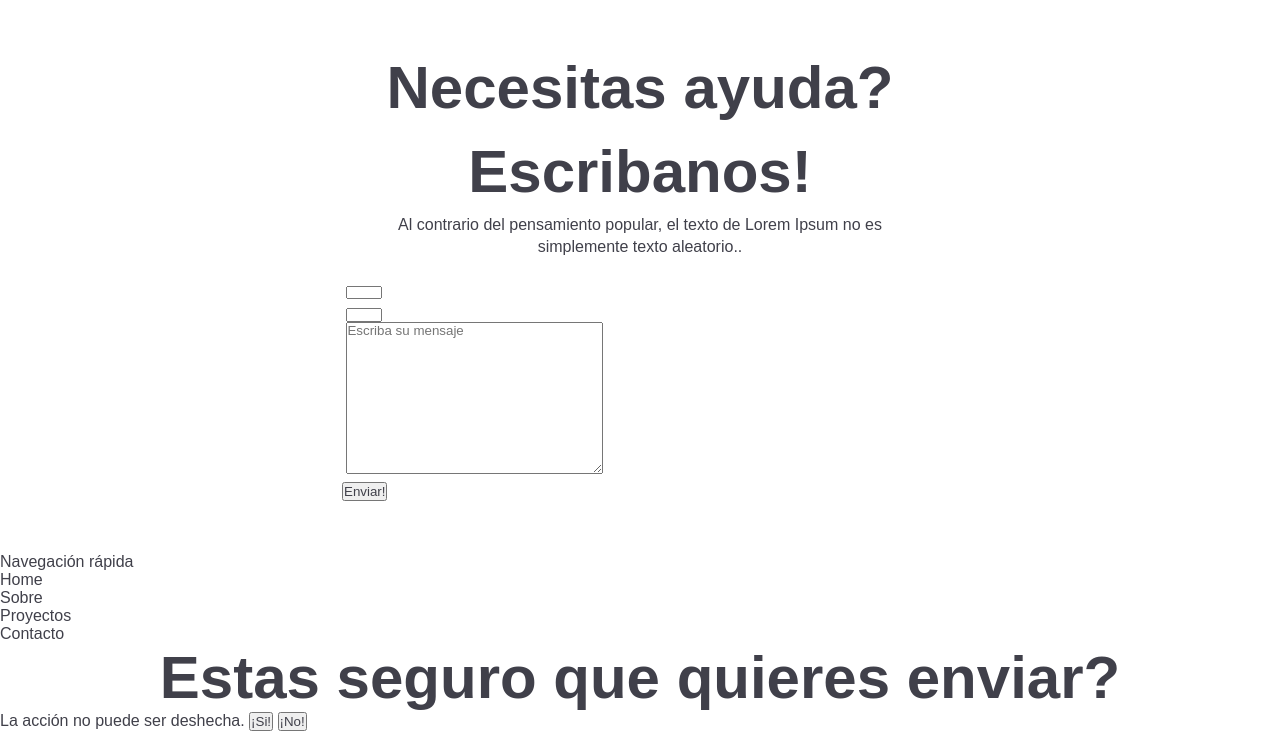
Repository: robsonmarkes/accesibilidad
Page: index.html
An editor plug-in stored every save of this project. The page is shown before and after the next save, followed by the edit.
The browser window is 1280 px wide. The pictures show the part of the page from y = 1369 to 2126 px (the page is 2100 px tall before and 2126 px after).
A picture or video elsewhere on the page could not be fetched, so the positions and the page height are approximate.

Above is the page before, as saved 2022-10-11 10:53:58.

After the next save:
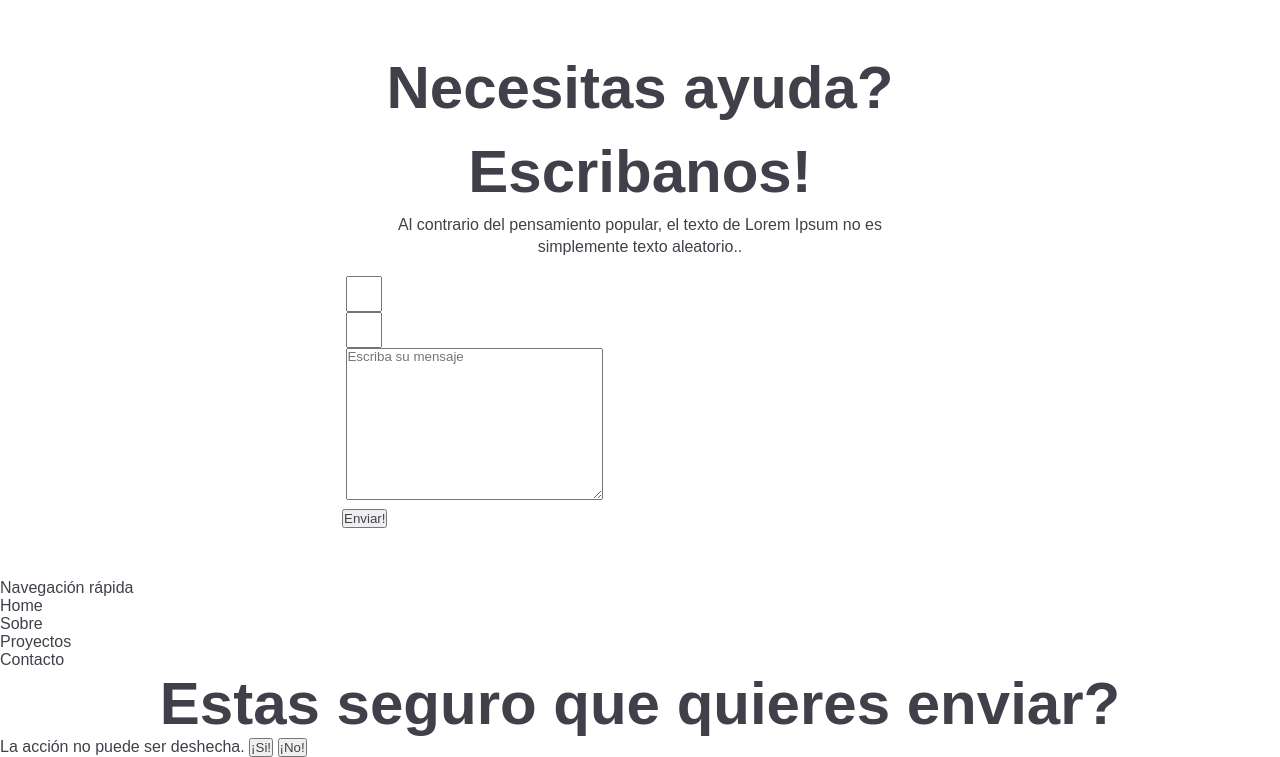
Saved 8 s later.
--- a/style.css
+++ b/style.css
@@ -144,6 +144,6 @@ body a:hover {
 }
 
 .wrap .content .article form .form-group input {
-    padding: 0.3rem 1rem;
+    padding: 1rem;
     font-size: 0px;
 }
